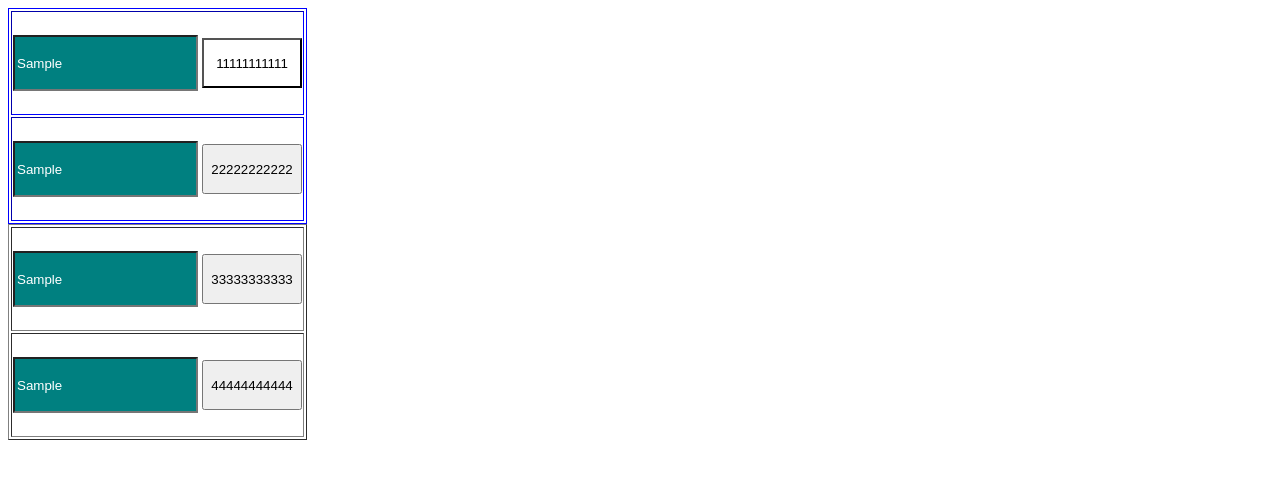
Repository: AgentHyun/FishDalle3
Page: Feb14_1_jQuery/WebContent/2_DOM_Select.html
The author's editor kept a copy of each file at every save. The page is drawn from the files as they stood at one save, then again after the next save.
The browser window is 1280 px wide. The pictures show the whole page.
Empty fields were first filled with sample values (such as "Sample", 5 or name@example.com).
After loading, the first visible `button` was clicked once.

Above is the page before, as saved 2025-02-14 02:38:23.

### Feb14_1_jQuery/WebContent/2_DOM_Select.html
<!DOCTYPE html>
<html>
<head>
<meta charset="UTF-8">

<style type = "text/css">
td {height : 100px;}
input {height : 50px;
       background-color : teal;
       color : white;}
button {width : 100px; height : 50px;}



</style>
<title>Insert title here</title>
<script type = "text/javascript" src = "jQuery.js"></script>
<script type = "text/javascript">
$(function(){

   //선택자를 지정하지 않았을 때 특정 DOM객체를
   //어떻게 찾아낼 것인가
   $("button").click(function(){

           // $(this) : 클릭이벤트의 발생함수를 호출한 장본인
           //    누른 버튼만 해당하는 명령을 실행하도록!
           $(this).css("background-color", "white");


           //누른 버튼이 있는 td에 배경색을 주기
           //parent() : 내가 누른 this의 한단계 상위 DOM객체
           // cf) 한단계 하위 객체 : children()

           $(this).parent().parent().parent().parent().css("border","1px solid blue");

           // 누른 버튼이 있는 table의 테두리를 파란색으로



   });


});




</script>

</head>
<body>

<table border= "1">
<tr><td><input> <button>11111111111</button></td></tr>
<tr><td><input> <button>22222222222</button></td></tr>


</table>
<table border= "1">
<tr><td><input> <button>33333333333</button></td></tr>
<tr><td><input> <button>44444444444</button></td></tr>


</table>




</body>
</html>

Loaded but not shown: Feb14_1_jQuery/WebContent/jQuery.js (library)

After the next save:
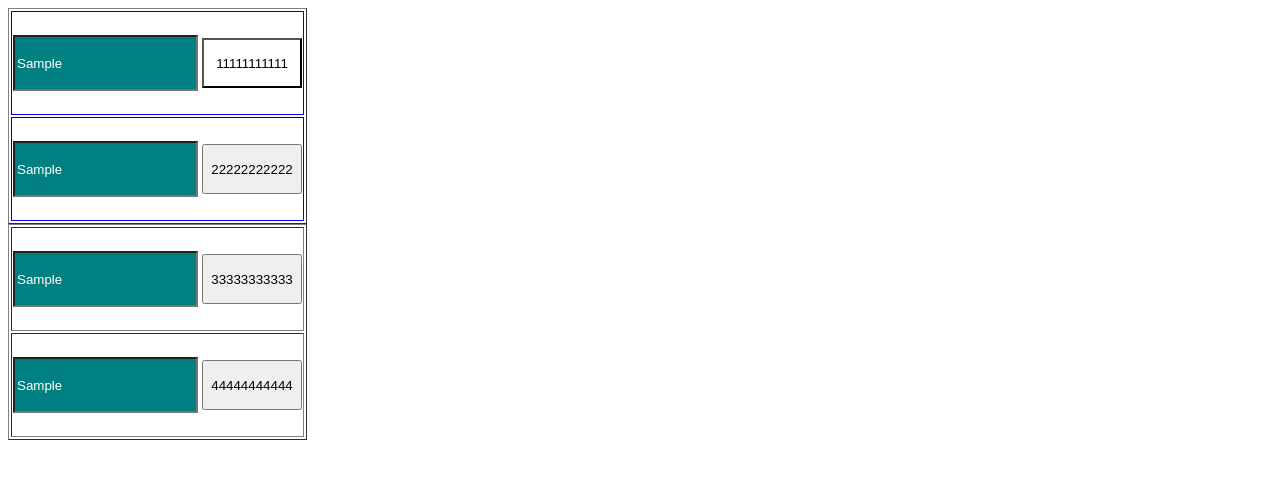
Saved 11 s later.
--- a/Feb14_1_jQuery/WebContent/2_DOM_Select.html
+++ b/Feb14_1_jQuery/WebContent/2_DOM_Select.html
@@ -31,7 +31,7 @@
            //parent() : 내가 누른 this의 한단계 상위 DOM객체
            // cf) 한단계 하위 객체 : children()
 
-           $(this).parent().parent().parent().parent().css("border","1px solid blue");
+           $(this).parent().parent().parent().css("border","1px solid blue");
 
            // 누른 버튼이 있는 table의 테두리를 파란색으로
 

After the save that followed:
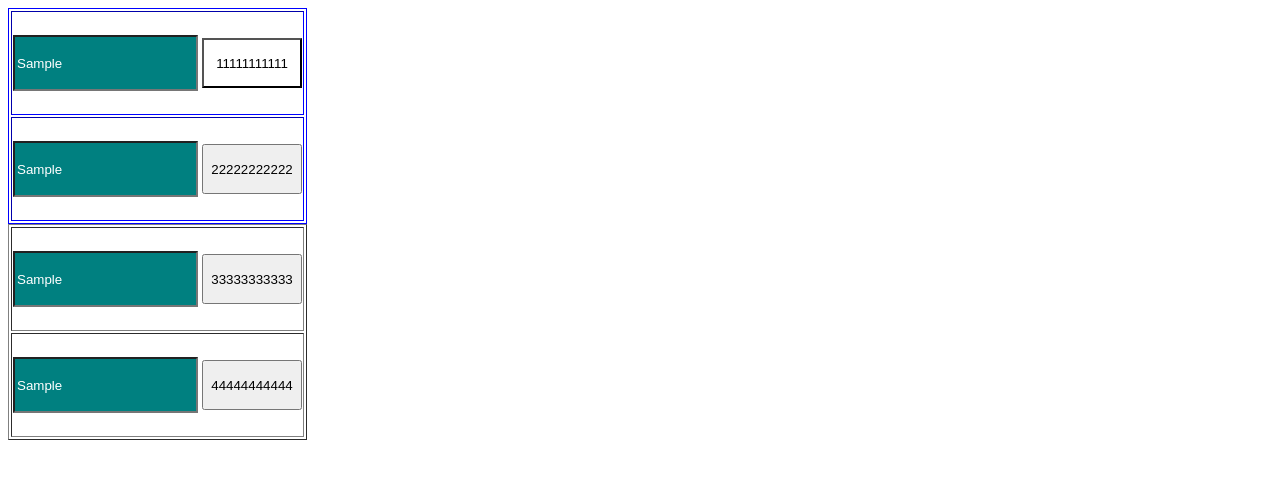
Saved 34 s later.
--- a/Feb14_1_jQuery/WebContent/2_DOM_Select.html
+++ b/Feb14_1_jQuery/WebContent/2_DOM_Select.html
@@ -31,7 +31,7 @@
            //parent() : 내가 누른 this의 한단계 상위 DOM객체
            // cf) 한단계 하위 객체 : children()
 
-           $(this).parent().parent().parent().css("border","1px solid blue");
+           $(this).parent().parent().parent().parent().css("border","1px solid blue");
 
            // 누른 버튼이 있는 table의 테두리를 파란색으로
 
